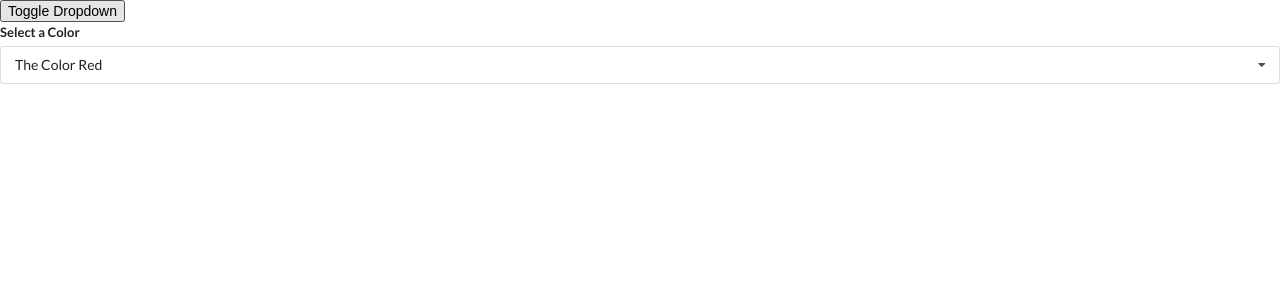
Repository: EgorSherstnev/widgets
Page: /
The author's editor kept a copy of each file at every save. The page is drawn from the files as they stood at one save, then again after the next save.
The browser window is 1280 px wide. The pictures show the whole page.
Some web libraries are served in a nearby version. The project was rebuilt for these pictures with package versions that can differ from the ones it lists, and the page was loaded fresh each time. Also part of the build but not shown: src/components/Accordion.js, src/components/Search.js.

Above is the page before, as saved 2022-11-06 13:45:11.

After the next save:
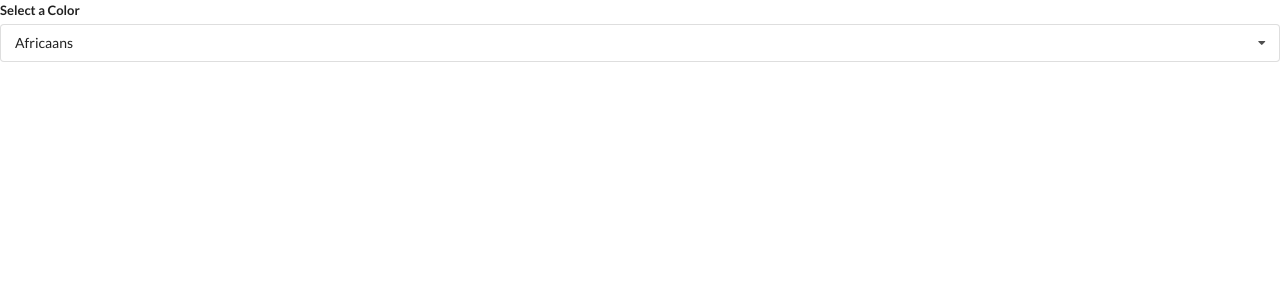
Saved 2 min 27 s later.
--- a/src/App.js
+++ b/src/App.js
@@ -35,19 +35,9 @@
 ];
 
 export default () => {
-    const [selected, setSelected] = useState(options[0]);
-    const [showDropdown, setShowDropdown] = useState(true);
-
     return (
         <div>
-            <button onClick={() => setShowDropdown(!showDropdown)}>Toggle Dropdown</button>
-            {showDropdown ?
-                <Dropdown
-                    selected={selected}
-                    onSelectedChange={setSelected}
-                    options={options}
-            /> : null
-            }
+            <Translate />
         </div>
     );
 };
